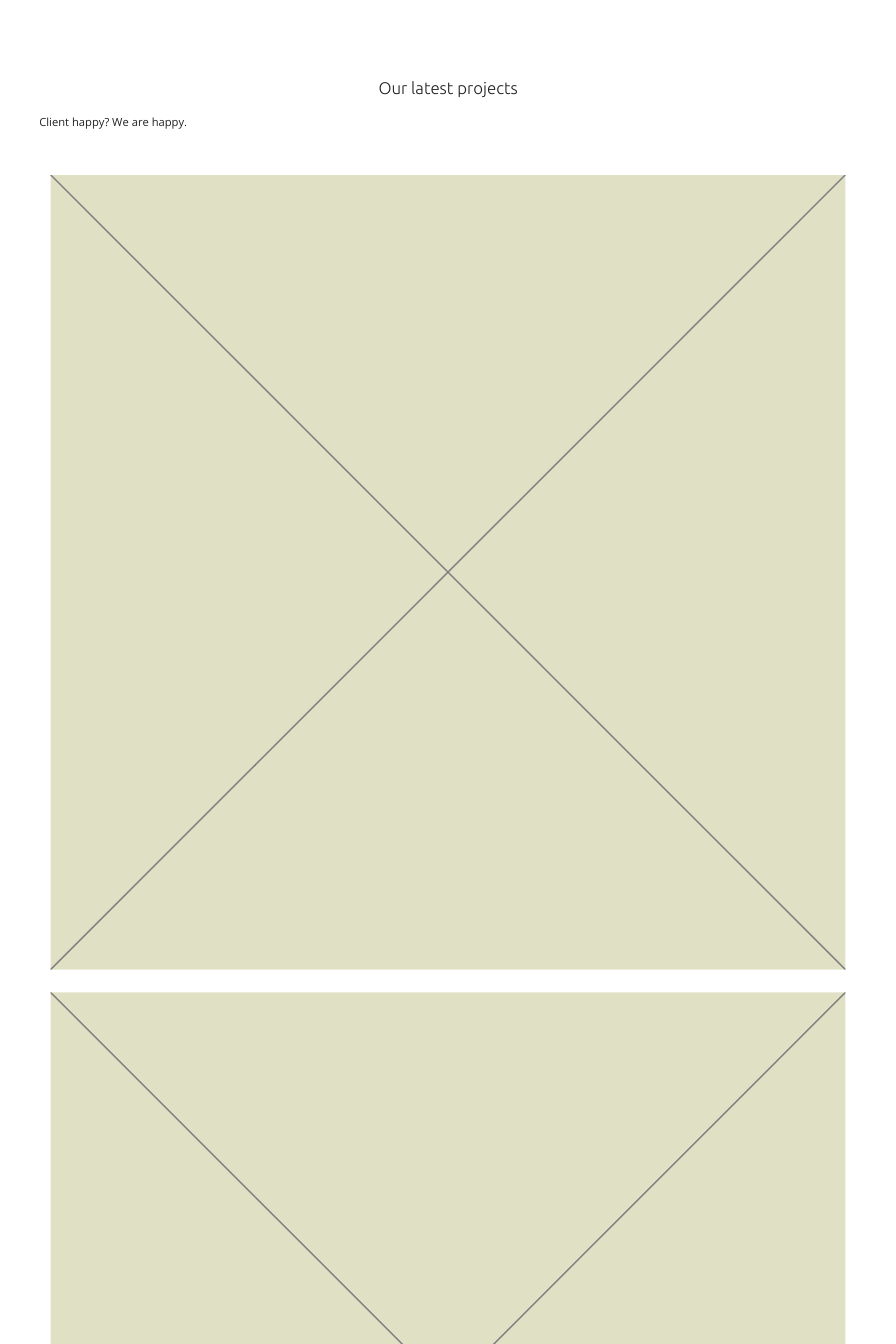
Repository: lpcmendoza/LAB02BF_Group9
Page: index.html
These files come from the project's save history. The page is drawn as it stood at one moment and after the next save; the edit follows.
The browser window is 1280 px wide. The pictures show the part of the page from y = 2918 to 4838 px (the page is 12367 px tall before and 10439 px after), at 70% of full size.

Above is the page before, as saved 2024-02-11 23:17:31.

### index.html
<!doctype html>
<html class="no-js" lang="en">

<head>
  <meta charset="utf-8">
  <meta name="viewport" content="width=device-width, initial-scale=1">
  <title>Metrolics</title>
  <link rel="stylesheet" href="css/style.css">
  <meta name="description" content="Group Blog">

  <meta property="og:title" content="Metrolics">
  <meta property="og:type" content="website">
  <meta property="og:url" content="">
  <meta property="og:image" content="">

  <link rel="icon" href="/favicon.ico" sizes="any">
  <link rel="icon" href="/icon.svg" type="image/svg+xml">
  <link rel="apple-touch-icon" href="icon.png">
  <link rel="preconnect" href="https://fonts.googleapis.com">
  <link rel="preconnect" href="https://fonts.gstatic.com" crossorigin>
  <link href="https://fonts.googleapis.com/css2?family=Ubuntu:ital,wght@0,300;0,400;0,500;1,300&display=swap" rel="stylesheet">
  <link rel="preconnect" href="https://fonts.googleapis.com">
  <link rel="preconnect" href="https://fonts.gstatic.com" crossorigin>
  <link href="https://fonts.googleapis.com/css2?family=Open+Sans:wght@400;700&display=swap" rel="stylesheet">

  <link rel="manifest" href="site.webmanifest">
  <meta name="theme-color" content="#fafafa">
</head>

<body>

  <header class="page-header page-header-home">
    <div class="inner-container">
      <div class="content-container">
        <h1>Metrolics</h1>
      </div>
      <div class="content-container">
        <button class="navigation-button">Home</button>
        <button class="navigation-button">Pages</button>
        <button class="navigation-button">Portfolio</button>
        <button class="navigation-button">Blog</button>
        <button class="navigation-button">E-mail</button>
      </div>
    </div>
  </header>

  <div class="section section-image">
    <div class="inner-container">
      <div class="content-container">
        <img src="img/placeholder.svg" alt="placeholder image">
      </div>
    </div>
  </div>

  <div class="section section-title">
    <div class="inner-container">
      <div class="content-container">
        <h1>Hey guys! This is the Metrolics theme. It sports a responsive layout with a mobile layout.</h1>
      </div>
    </div>
  </div>

  <div class="section section-ourthings">
    <div class="inner-container">
      <div class="what-we-do-container-header">
        <h2>Things that we do</h2>
        <p>Ask us what we can do for you</p>
      </div>
      <div class="what-we-do-content">
        <div class="what-we-do-container-body">
          <img class="icons" src="img/icon-web-solutions.png" alt="Web Solutions Icon">
          <h3>Web Solutions</h3>
          <p>We are a fairly small, flexible design studio that designs for print and web. We work flexibly with clients to fulfil their design needs. Whether you need to create a brand from scratch, including marketing materials.</p>
        </div>
        <div class="what-we-do-container-body">
          <img class="icons" src="img/icon-photography.png" alt="Photography Icon">
          <h3>Photography</h3>
          <p>We are a fairly small, flexible design studio that designs for print and web. We work flexibly with clients to fulfil their design needs. Whether you need to create a brand from scratch, including marketing materials.</p>
        </div>
        <div class="what-we-do-container-body">
          <img class="icons" src="img/icon-web-development.png" alt="Web Development Icon">
          <h3>Web Development</h3>
          <p>We are a fairly small, flexible design studio that designs for print and web. We work flexibly with clients to fulfil their design needs. Whether you need to create a brand from scratch, including marketing materials.</p>
        </div>
        <div class="what-we-do-container-body">
          <img class="icons" src="img/icon-web-design.png" alt="Web Design Icon">
          <h3>Web Design</h3>
          <p>We are a fairly small, flexible design studio that designs for print and web. We work flexibly with clients to fulfil their design needs. Whether you need to create a brand from scratch, including marketing materials.</p>
        </div>
      </div>
    </div>
  </div>

  <div class="section section-news">
    <div class="inner-container">
      <div class="whats-new-header">
        <h2>What's up lately?</h2>
        <p>Read up on our latest work</p>
      </div>
      <div class="whats-new-content">
        <div class="whats-new-body-1">
          <img src="img/news-span.png" alt="News content">
        </div>
        <div class="whats-new-body-2">
          <img src="img/news.png" alt="News content">
        </div>
        <div class="whats-new-body-3">
          <img src="img/news.png" alt="News content">
        </div>
        <div class="whats-new-body-4">
          <img src="img/news.png" alt="News content">
        </div>
        <div class="whats-new-body-5">
          <img src="img/news.png" alt="News content">
        </div>
      </div>
    </div>
  </div>

  <div class="section section-projects">
    <div class="inner-container">
      <div class="latest-projects-header">
        <h2>Our latest projects</h2>
        <p>Client happy? We are happy.</p>
      </div>
      <div class="latest-projects-content">
        <div class="latest-projects-body">
          <img src="img/placeholder.svg" alt="placeholder image">
        </div>
        <div class="latest-projects-body">
          <img src="img/placeholder.svg" alt="placeholder image">
        </div>
        <div class="latest-projects-body">
          <img src="img/placeholder.svg" alt="placeholder image">
        </div>
        <div class="latest-projects-body">
          <img src="img/placeholder.svg" alt="placeholder image">
        </div>
        <div class="latest-projects-body">
          <img src="img/placeholder.svg" alt="placeholder image">
        </div>
        <div class="latest-projects-body">
          <img src="img/placeholder.svg" alt="placeholder image">
        </div>
      </div>
    </div>
  </div>

  <div class="section section-things">
    <div class="inner-container">
      <div class="content-container">
        <h2>Things of above</h2>
      </div>
      <div class="content-container">
        <p>content</p>
      </div>
      <div class="content-container">
        <p>content</p>
      </div>
    </div>
  </div>

  <div class="section section-clients">
    <div class="inner-container">
      <div class="content-container">
        <p>client</p>
      </div>
      <div class="content-container">
        <p>client</p>
      </div>
      <div class="content-container">
        <p>client</p>
      </div>
      <div class="content-container">
        <p>client</p>
      </div>
      <div class="content-container">
        <p>client</p>
      </div>
    </div>
  </div>

  <script src="js/app.js"></script>

</body>
<footer>
  <div class="page-footer page-footer-home">
    <div class="inner-container">
      <div class="content-container content-container-description">
        <img src="/img/peewee.png" class="img-peewee">
        <h2 class="description-header">Peewee Herman</h2>
        <p class="description-text">Peewee has over 10 years experience in the industry. He is our Creative Director, digital designer, web designer and front-end developer. He is also pretty good with a sketchbook. Before starting the company Peewee worked as a designer and studio manager for a design house who boasted a number of big name clients.</p>
      </div>
      <div class="content-container content-container-social-icons">
        <img src="/img/btn-facebook.png" class="btn-icons">
        <img src="/img/btn-google+.png" class="btn-icons">
        <img src="/img/btn-twitter.png" class="btn-icons">
        <img src="/img/btn-instagram.png" class="btn-icons">
        <img src="/img/btn-rss.png" class="btn-icons">
      </div>
      <div class="content-container content-container-tweets-header">
        <h3 class="tweet-header">Recent Tweets</h3>
      </div>
      <div class="content-container content-container-tweets">
          <img src="/img/icon-tweet.png" class="tweet-icon">
          <p class="tweet-text"><a class="tweet-link">@Minions</a> - ipsum potatoooo potatoooo uuuhhh. <br>
            Chasy poulet tikka masala jiji wiiiii hahaha po kass. </p>
      </div>
      <div class="content-container content-container-tweets">
        <img src="/img/icon-tweet.png" class="tweet-icon">
          <p class="tweet-text"><a class="tweet-link">@Minions</a> - ipsum potatoooo potatoooo uuuhhh. <br>
            Chasy poulet tikka masala jiji wiiiii hahaha po kass. </p>
      </div>
      <div class="bottom-border">

      </div>
    </div>
  </div>
</footer>

</html>

### css/style.css
/* ==========================================================================
    [Table of contents]

    1. BASE
        1.1 Page Rendering Defaults
        1.2 Core Styling
        1.3 Typography
    2. LAYOUT
        2.1 Core Layout
        2.2 Small only
        2.3 medium and up
        2.4 Medium only
        2.5 large screens and up
        2.6 Large only
    3. MODULES
    4. STATES
    5. THEME
    6. UTILITY classes
    7. PRINT

    refer to http://smacss.com/
    ========================================================================== */


/* ==========================================================================
   BASE
   ========================================================================== */


/* 1.1 Page Rendering Defaults */

html {
  color: #222;
  font-size: 1em;
  line-height: 1.4;
}

/*
* Remove text-shadow in selection highlight:
* https://twitter.com/miketaylr/status/12228805301
*
* Customize the background color to match your design.
*/

::-moz-selection {
background: #b3d4fc;
text-shadow: none;
}

::selection {
background: #b3d4fc;
text-shadow: none;
}

/*
* A better looking default horizontal rule
*/

hr {
display: block;
height: 1px;
border: 0;
border-top: 1px solid #ccc;
margin: 1em 0;
padding: 0;
}

/*
* Remove the gap between audio, canvas, iframes,
* images, videos and the bottom of their containers:
* https://github.com/h5bp/html5-boilerplate/issues/440
*/

audio,
canvas,
iframe,
img,
svg,
video {
vertical-align: middle;
}

/*
* Remove default fieldset styles.
*/

fieldset {
border: 0;
margin: 0;
padding: 0;
}

/*
* Allow only vertical resizing of textareas.
*/

textarea {
resize: vertical;
}

/* 1.2 Core Styling */

/* refer to https://css-tricks.com/box-sizing/ */
*,
*:before,
*:after {
  box-sizing: border-box;
}

img {
  width: 100%;
}

.img-peewee {
  grid-column-start: 1;
  grid-column-end: 2;
  vertical-align: center;
}

.content-container-description {
  display: grid;
  grid-template-columns: repeat(2, 1fr);
  grid-template-rows: 1fr;
  column-gap: 1em;
}

.description-header {
  grid-column-start: 2;
  grid-column-end: 3;
  color: #fff;
  text-align: left;
  font-family: 'Ubuntu', sans-serif;
  font-size: 12pt;
}

.description-text {
  color: #fff;
  font-size: 8pt;
  font-family: 'Ubuntu', sans-serif;
  font-style: italic;
  font-weight: light;
  grid-column-start: 2;
  grid-column-end: 3;
  margin-top: -8em;
  overflow: hidden;
  -webkit-box-orient: vertical;
 -webkit-line-clamp: 10;
 display: -webkit-box;
}

.content-container-social-icons {
  display: flex;
  justify-content: center;
  gap: 3pt;
}

.btn-icons {
  width: 20%;
  height: 20%;
}

.content-container-tweets-header {
  border-bottom: #de6262 1px solid;
  width: 75%;
  padding: 0;
  display: flex;
  justify-content: left;
}

.tweet-header {
  color: #fff;
  font-family: 'Ubuntu', sans-serif;
  font-size: 12pt;
  margin-bottom: 0;
}

.content-container-tweets {
  display: flex;
  justify-content: left;
  flex-direction: row;
  padding: 0;
  padding-top: 1em;
  gap: 1em;
}

.tweet-icon {
  width: 10%;
  height: 10%;
}

.tweet-text {
  color: #fff;
  font-size: 8pt;
  margin-top: 0;
}

.tweet-link {
  color: #1bade6;
  font-weight: bold;
}

.bottom-border {
  width: 100%;
  background-image: linear-gradient(90deg, rgba(22,36,47,1) 0%, rgba(22,36,47,1) 25%, rgba(37,195,137,1) 25%, rgba(37,195,137,1) 35%, rgba(255,185,1,1) 35%, rgba(255,185,1,1) 45%, rgba(222,98,98,1) 45%, rgba(222,98,98,1) 55%, rgba(22,145,189,1) 55%, rgba(22,145,189,1)  65%, rgba(22,107,162,1) 65%, rgba(22,107,162,1) 75%, rgba(22,36,47,1) 75%, rgba(22,36,47,1) 100%);
  margin-bottom: -3em;
  margin-top: 5em;
}

/* 1.3 Typgraphy */

h1,
h2,
h3,
h4,
h5,
h6 {
  font-family: Ubuntu, sans-serif;
  font-weight: 300;
  text-align: center;
}

p {
  font-family: 'Open Sans', Arial, Helvetica, sans-serif;
}


/* ==========================================================================
 2. LAYOUT
 ========================================================================== */


/* Helper to display empty layout containers*/

div,
main,
section,
footer,
header {
  min-height: 1rem;
  padding: 1rem;
}


/* 2.1 Core layout */

.row {
  display: grid;
  row-gap: 1rem;
}

.col {
  position: relative;
  background-color: rgb(242, 230, 177);
}


/* ==========================================================================
 EXAMPLE Media Queries for Responsive Design.
 These examples override the primary ('mobile first') styles.
 Modify as content requires.
 Taken from https://get.foundation/sites/docs-v5/media-queries.html
 (the latest version is adjusted and no longer matches the ones used below)
 ========================================================================== */


/* 2.2 Small only */

@media screen and (max-width: 39.9375em) {
  .s-hide {
      display: none;
  }

  .what-we-do-container-header {
    align-content: center;
    text-align: center;
  }

  .icons {
      max-width: 5em;
      max-height: 5em;
      float: left;
      margin-right: 1em;
  }

  h3 {
      text-align: left;
      margin: 0;
      font-weight: bold;
  }

  .what-we-do-container-body {
      text-align: left;
  }

  .what-we-do-container-body p {
    margin-left: 6em;
  }

  .whats-new-header {
    text-align: center;
  }

  .whats-new-body-1 {
    display: none;
  }
}


/* 2.3 medium and up */

@media screen and (min-width: 40em) {
  .row {
      max-width: 70rem;
      column-gap: 1.5rem;
      row-gap: 1.5rem;
      margin: 0 auto;
  }
  .grid {
      display: grid;
      column-gap: 0.5rem;
      row-gap: 0.5rem;
  }
  .m-col-2 {
      grid-template-columns: 1fr 1fr;
  }
  .m-col-3 {
      grid-template-columns: repeat(3, 1fr);
  }
  .m-col-4 {
      grid-template-columns: repeat(4, 1fr);
  }
  .m-col-5 {
      grid-template-columns: repeat(5, 1fr);
  }
  .m-1-2 {
      grid-template-columns: 1fr 2fr;
  }

  .what-we-do-content {
    display: grid;
    grid-template-columns: 1fr 1fr;
    grid-gap: 1rem;
  }

  .icons {
    max-width: 10em;
    max-height: 10em;
    display: block;
    margin-left: auto;
    margin-right: auto;
    width: 50%;
}

  .what-we-do-container-header {
    align-content: center;
    text-align: center;
  }

  .what-we-do-container-body p {
    text-align: center;
  }

  .what-we-do-container-body h3 {
    text-align: center;
    font-weight: bold;
  }

  .whats-new-body-4 {
    display: none;
  }

  .whats-new-body-5 {
    display: none;
  }

  .whats-new-content {
    display: grid;
    grid-template-columns: 1fr 1fr;
  }

  .whats-new-body-1 {
    grid-column: 1 / -1;
  }

  .whats-new-header {
    text-align: center;
  }

}


/* 2.4 Medium only */

@media screen and (min-width: 40em) and (max-width: 63.9375em) {
  .m-row-span {
      grid-column-start: 1;
      grid-column-end: -1;
  }
  .m-hide {
      display: none;
  }
}


/* 2.5 large screens and up 2.6 Large only */

@media screen and (min-width: 64em) {
  .l-col-2 {
      grid-template-columns: 1fr 1fr;
  }
  .l-col-3 {
      grid-template-columns: repeat(3, 1fr);
  }
  .l-col-4 {
      grid-template-columns: repeat(4, 1fr);
  }
  .l-col-5 {
      grid-template-columns: repeat(5, 1fr);
  }
  .l-col-6 {
      grid-template-columns: repeat(6, 1fr);
  }
  .l-row-span {
      grid-column-start: 1;
      grid-column-end: -1;
  }
  .l-hide {
      display: none;
  }


  .what-we-do-content {
    display: grid;
    grid-template-columns: 1fr 1fr 1fr 1fr;
    grid-gap: 1rem;
  }

  .icons {
    max-width: 10em;
    max-height: 10em;
    display: block;
    margin-left: auto;
    margin-right: auto;
    width: 50%;
}

  .what-we-do-container-header {
    align-content: center;
    text-align: center;
  }


  .what-we-do-container-body p {
    text-align: center;
  }

  .what-we-do-container-body h3 {
    text-align: center;
    font-weight: bold;
  }

  .whats-new-body-1 {
    display: none;
  }

  .whats-new-body-4 {
    display: initial;
  }

  .whats-new-content {
    display: grid;
    grid-template-columns: 1fr 1fr 1fr;
  }

}


/* ==========================================================================
 2. MODULES
 ========================================================================== */


/* ==========================================================================
 2. STATES
 ========================================================================== */


/* ==========================================================================
 2. THEME
 ========================================================================== */

footer {
  background-color: #16242f;
}

/* ==========================================================================
 6. UTILITY classes
 ========================================================================== */
/*
* Hide visually and from screen readers
*/

.hidden,
[hidden] {
display: none !important;
}

/*
* Hide only visually, but have it available for screen readers:
* https://snook.ca/archives/html_and_css/hiding-content-for-accessibility
*
* 1. For long content, line feeds are not interpreted as spaces and small width
*    causes content to wrap 1 word per line:
*    https://medium.com/@jessebeach/beware-smushed-off-screen-accessible-text-5952a4c2cbfe
*/

.visually-hidden {
border: 0;
clip: rect(0, 0, 0, 0);
height: 1px;
margin: -1px;
overflow: hidden;
padding: 0;
position: absolute;
white-space: nowrap;
width: 1px;
/* 1 */
}

/*
* Extends the .visually-hidden class to allow the element
* to be focusable when navigated to via the keyboard:
* https://www.drupal.org/node/897638
*/

.visually-hidden.focusable:active,
.visually-hidden.focusable:focus {
clip: auto;
height: auto;
margin: 0;
overflow: visible;
position: static;
white-space: inherit;
width: auto;
}

/*
* Hide visually and from screen readers, but maintain layout
*/

.invisible {
visibility: hidden;
}

/*
* Clearfix: contain floats
*
* The use of `table` rather than `block` is only necessary if using
* `::before` to contain the top-margins of child elements.
*/

.clearfix::before,
.clearfix::after {
content: "";
display: table;
}

.clearfix::after {
clear: both;
}

@media print,
(-webkit-min-device-pixel-ratio: 1.25),
(min-resolution: 1.25dppx),
(min-resolution: 120dpi) {
/* Style adjustments for high resolution devices */
}

/* ==========================================================================
 Print styles.
 Inlined to avoid the additional HTTP request:
 https://www.phpied.com/delay-loading-your-print-css/
 ========================================================================== */

@media print {
*,
*::before,
*::after {
  background: #fff !important;
  color: #000 !important;
  /* Black prints faster */
  box-shadow: none !important;
  text-shadow: none !important;
}

a,
a:visited {
  text-decoration: underline;
}

a[href]::after {
  content: " (" attr(href) ")";
}

abbr[title]::after {
  content: " (" attr(title) ")";
}

/*
 * Don't show links that are fragment identifiers,
 * or use the `javascript:` pseudo protocol
 */
a[href^="#"]::after,
a[href^="javascript:"]::after {
  content: "";
}

pre {
  white-space: pre-wrap !important;
}

pre,
blockquote {
  border: 1px solid #999;
  page-break-inside: avoid;
}

tr,
img {
  page-break-inside: avoid;
}

p,
h2,
h3 {
  orphans: 3;
  widows: 3;
}

h2,
h3 {
  page-break-after: avoid;
}
}

Loaded but not shown: js/app.js (no stored copy; drawn as an empty file)

After the next save:
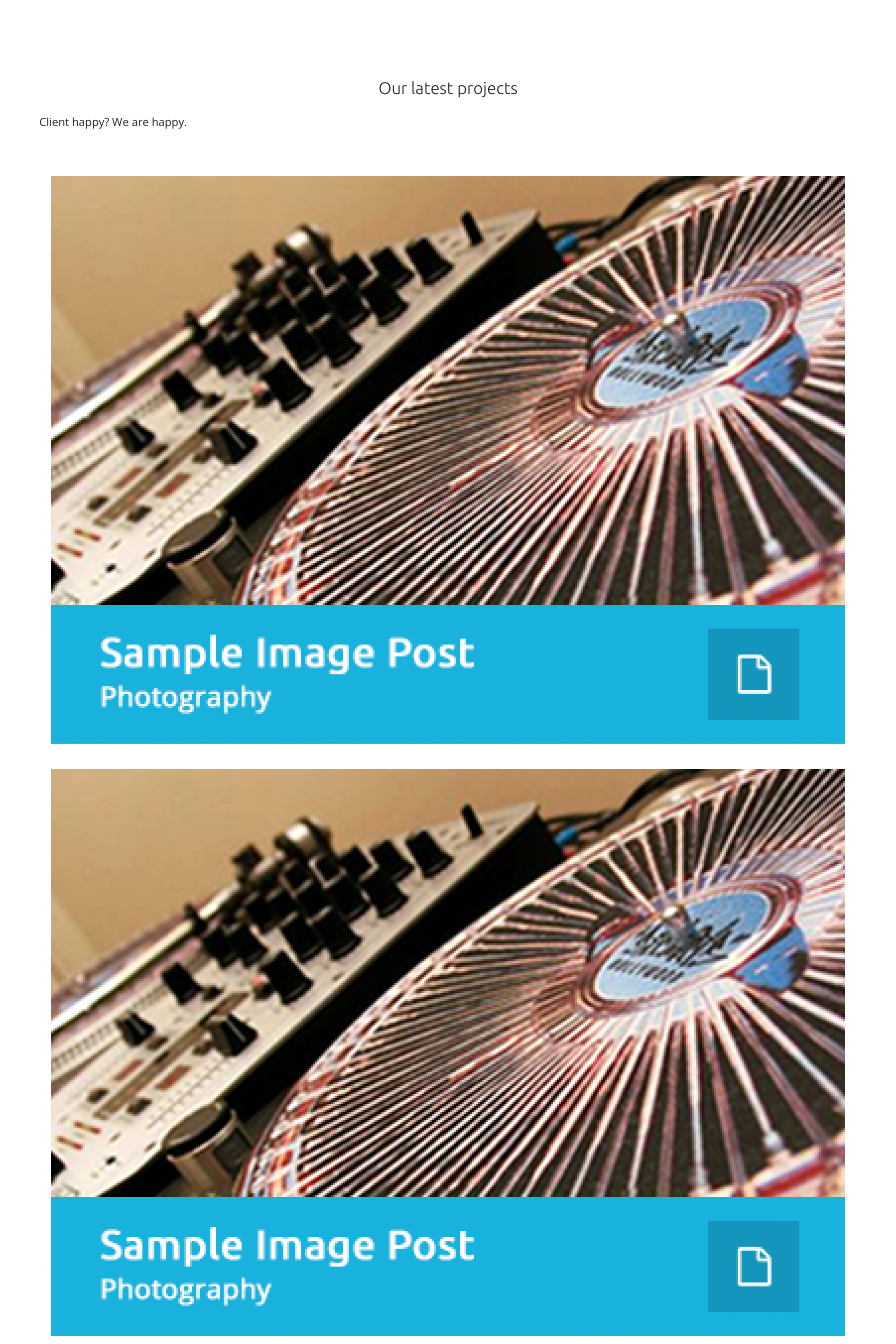
Saved 3 min 37 s later.
--- a/index.html
+++ b/index.html
@@ -125,22 +125,22 @@
       </div>
       <div class="latest-projects-content">
         <div class="latest-projects-body">
-          <img src="img/placeholder.svg" alt="placeholder image">
-        </div>
-        <div class="latest-projects-body">
-          <img src="img/placeholder.svg" alt="placeholder image">
-        </div>
-        <div class="latest-projects-body">
-          <img src="img/placeholder.svg" alt="placeholder image">
-        </div>
-        <div class="latest-projects-body">
-          <img src="img/placeholder.svg" alt="placeholder image">
-        </div>
-        <div class="latest-projects-body">
-          <img src="img/placeholder.svg" alt="placeholder image">
-        </div>
-        <div class="latest-projects-body">
-          <img src="img/placeholder.svg" alt="placeholder image">
+          <img src="img/projects.png" alt="Latest Projects">
+        </div>
+        <div class="latest-projects-body">
+          <img src="img/projects.png" alt="Latest Projects">
+        </div>
+        <div class="latest-projects-body">
+          <img src="img/projects.png" alt="Latest Projects">
+        </div>
+        <div class="latest-projects-body">
+          <img src="img/projects.png" alt="Latest Projects">
+        </div>
+        <div class="latest-projects-body">
+          <img src="img/projects.png" alt="Latest Projects">
+        </div>
+        <div class="latest-projects-body">
+          <img src="img/projects.png" alt="Latest Projects">
         </div>
       </div>
     </div>
